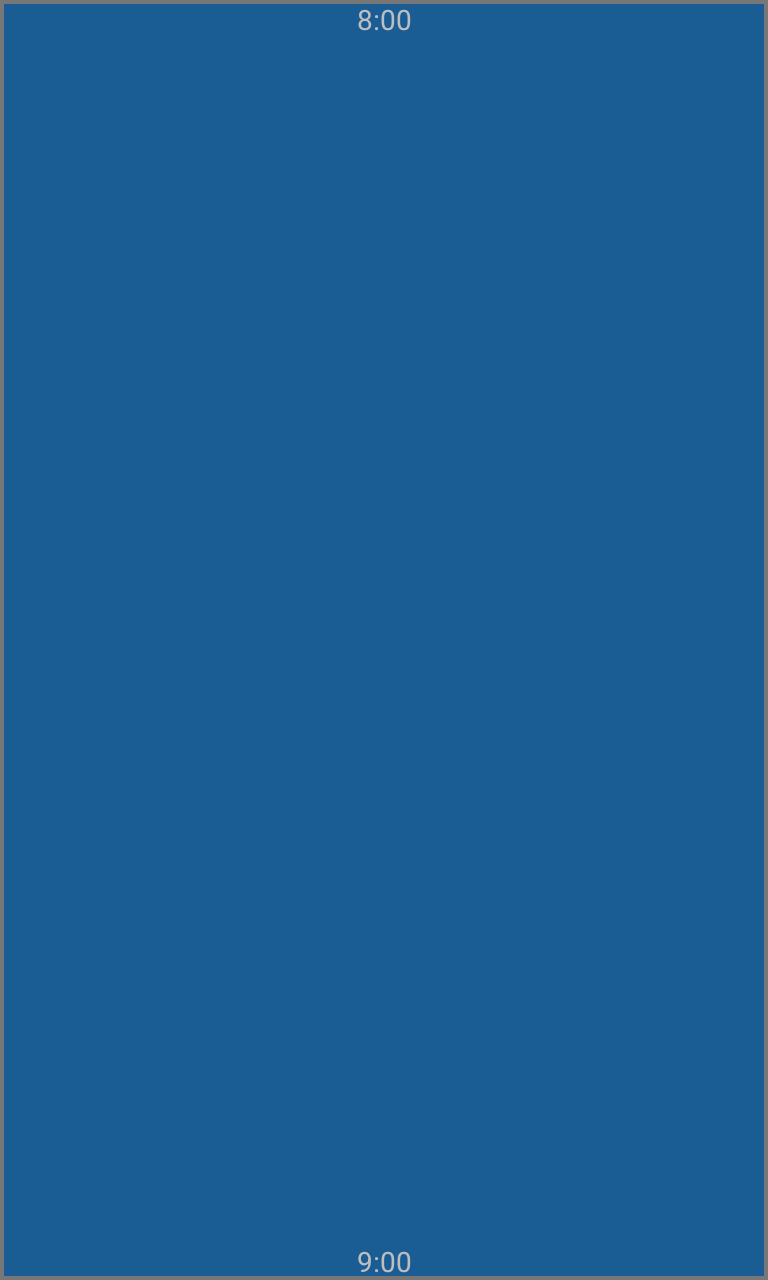
Repository: appsfactory/OfficeHours
Layout: OfficeHoursClient/res/layout/timeboxborder.xml
The author's editor kept a copy of each file at every save. The layout is drawn from the files as they stood at one save, then again after the next save.
It is drawn on a 768 x 1280 px phone screen (xhdpi) without system bars, with theme AppTheme; the app's code is not run.

Above is the layout before, as saved 2012-09-28 14:45:02.

After the next save:
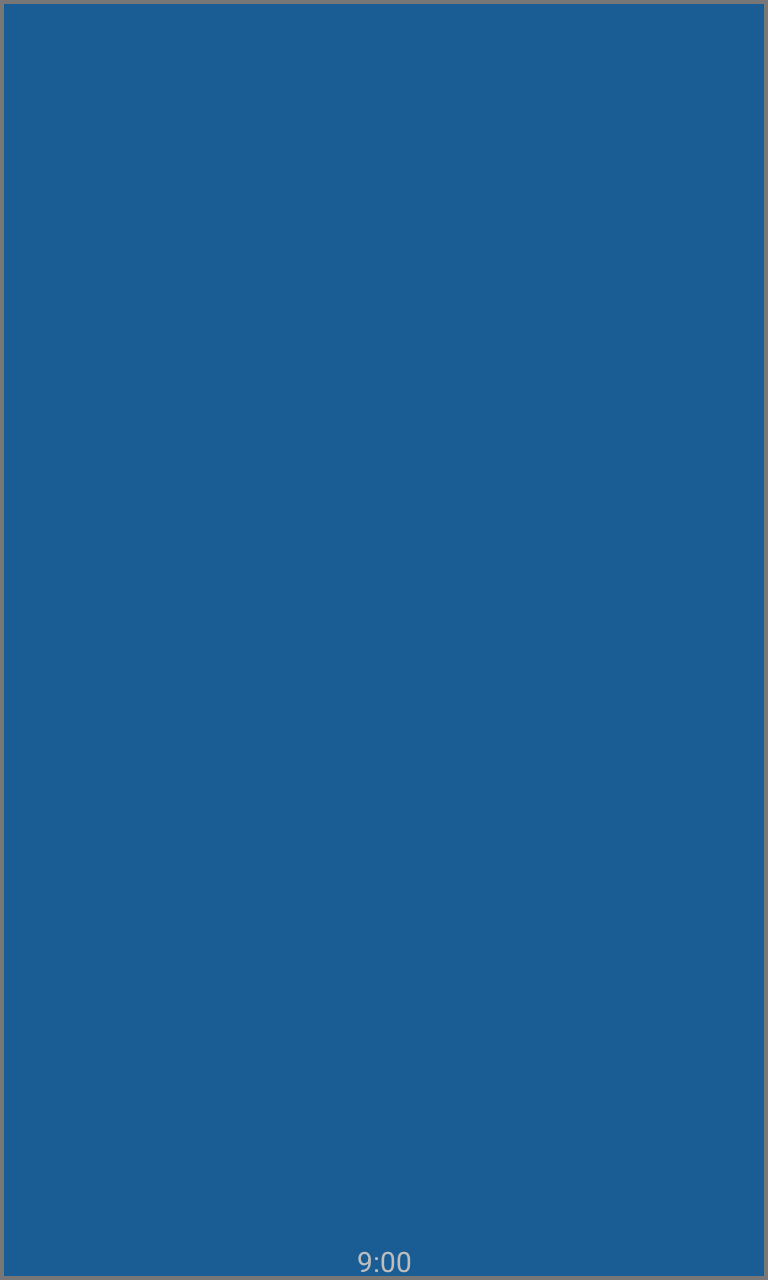
Saved 21 s later.
--- a/OfficeHoursClient/res/layout/timeboxborder.xml
+++ b/OfficeHoursClient/res/layout/timeboxborder.xml
@@ -5,13 +5,6 @@
     android:layout_margin="2dp"
     android:background="#777">
     <View android:background="#195D94" android:layout_width = "fill_parent" android:layout_height="fill_parent" android:layout_margin="2dp" />
-    <TextView
-        android:id="@+id/top_time"
-    	android:layout_width="fill_parent"
-    	android:layout_height="wrap_content"
-    	android:layout_alignParentTop="true"
-    	android:text="8:00"
-    	android:gravity="center_horizontal"/>
     <TextView
         android:id="@+id/bottom_time"
     	android:layout_width="fill_parent"
